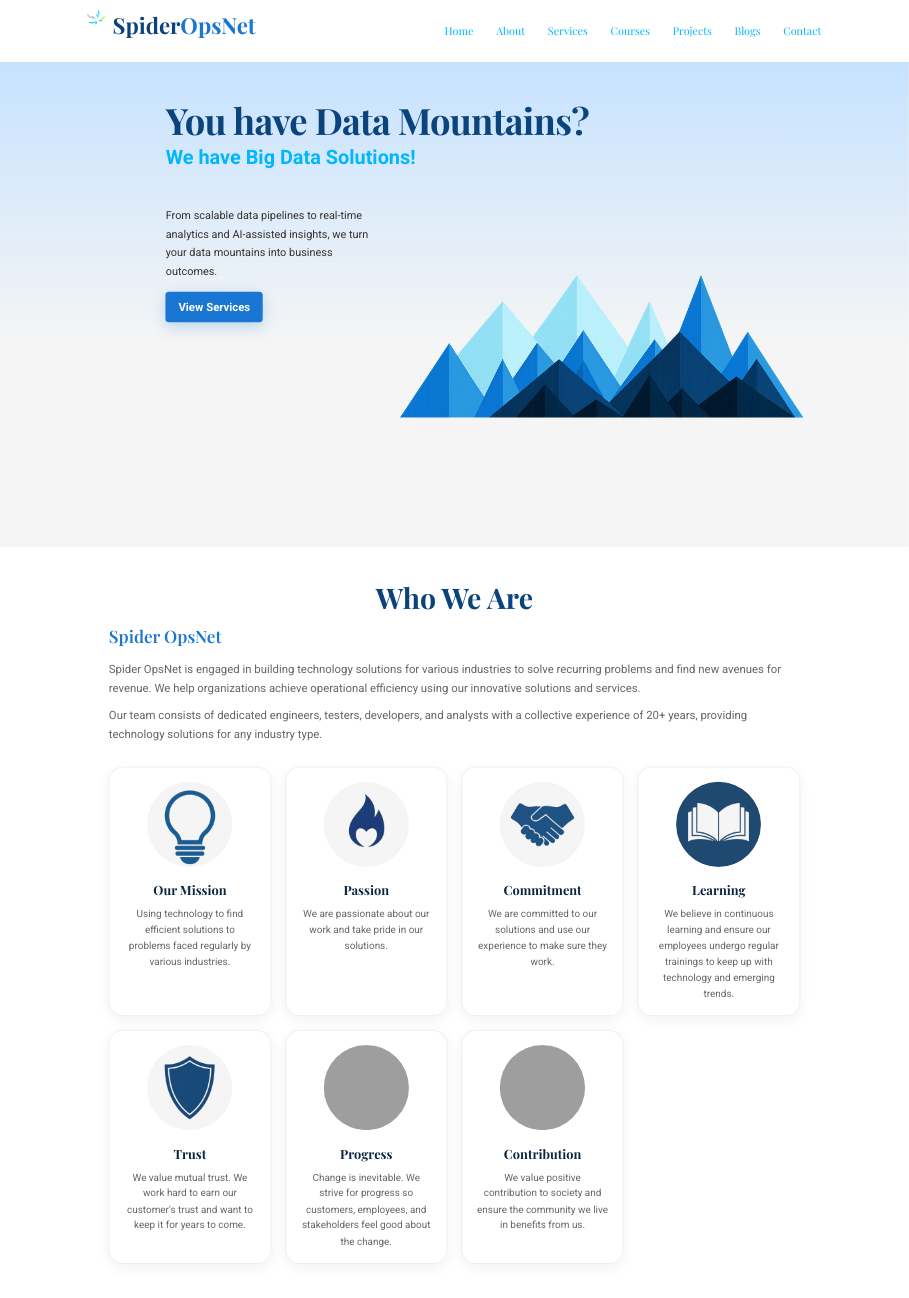
Repository: Yeshwanth-189/spiderOpsNet
Page: / (app in spideropsnet-frontend/)
These files come from the project's save history. The page is drawn as it stood at one moment and after the next save; the edit follows.
The browser window is 1280 px wide. The pictures show the whole page, at 71% of full size.
Pictures or frames that could not be fetched are drawn as grey boxes. The project was rebuilt for these pictures with package versions that can differ from the ones it lists, and the page was loaded fresh each time. Also part of the build but not shown: spideropsnet-frontend/vite.config.js.

Above is the page before, as saved 2025-09-04 16:54:45.

### spideropsnet-frontend/index.html
<!DOCTYPE html>
<html lang="en">
  <head>
    <meta charset="UTF-8" />
    <link rel="icon" type="image/svg+xml" href="/spideropsnet.svg" />
    <link
      href="https://fonts.googleapis.com/css2?family=Playfair+Display:wght@400;600;700&family=Roboto:wght@400;500;700&display=swap"
      rel="stylesheet"
    />
    <meta name="viewport" content="width=device-width, initial-scale=1.0" />
    <title>SpiderOpsNet</title>
  </head>
  <body>
    <div id="root"></div>
    <script type="module" src="/src/main.jsx"></script>
  </body>
</html>

### spideropsnet-frontend/src/App.jsx
import "./App.css";
import SpiderOpsNet from "./components/SpiderOpsNet";
import { BrowserRouter as Router, Routes, Route } from "react-router-dom";

function App() {
  return (
    <>
      <Router>
        <Routes>
          <Route path="/" element={<SpiderOpsNet />} />
          {/* <Route path="/overview" element={<Overview />} />
          <Route path="/profession" element={<Profession />} />
          <Route path="/projects" element={<Project />} />
          <Route path="/education" element={<Education />} />
          <Route path="/skills" element={<Skills />} />
          <Route path="/achievements" element={<Awards />} /> */}
        </Routes>
      </Router>
    </>
  );
}

export default App;

### spideropsnet-frontend/src/App.css
:root {
  /* Brand Colors */
  --color-primary: #0b437c; /* Dark Navy Blue */
  --color-secondary: #00b6fd; /* Professional Light Blue */

  /* Backgrounds */
  --color-bg: #ffffff;
  --color-bg-light: #f5f5f5;

  /* Neutral Grays */
  --color-gray-dark: #333333;
  --color-gray-mid: #666666;
  --color-gray-light: #f5f5f5;

  /* Status Colors */
  --color-success: #2e7d32;
  --color-warning: #ed6c02;
  --color-error: #d32f2f;

  /* Typography */
  --font-heading: "Playfair Display", serif;
  --font-body: "Roboto", sans-serif;

  /* Font Sizes (scalable for responsive design) */
  --text-h1: 2.5rem;
  --text-h2: 2rem;
  --text-h3: 1.5rem;
  --text-body: 1rem;
  --text-small: 0.875rem;

  /* Spacing (consistent padding/margin system) */
  --space-xs: 4px;
  --space-sm: 8px;
  --space-md: 16px;
  --space-lg: 24px;
  --space-xl: 32px;

  /* Border Radius */
  --radius-sm: 4px;
  --radius-md: 8px;
  --radius-lg: 16px;

  /* Shadows */
  --shadow-sm: 0 1px 2px rgba(0, 0, 0, 0.05);
  --shadow-md: 0 4px 6px rgba(0, 0, 0, 0.1);
  --shadow-lg: 0 10px 15px rgba(0, 0, 0, 0.15);
}

html,
body {
  margin: 0;
  padding: 0;
}
* {
  box-sizing: border-box;
}
/* Base Typography */
body {
  font-family: var(--font-body);
  font-size: var(--text-body);
  color: var(--color-gray-dark);
  background-color: var(--color-bg);
  margin: 0;
  padding: 0;
}

h1,
h2,
h3,
h4,
h5,
h6 {
  font-family: var(--font-heading);
  color: var(--color-primary);
  margin: 0 0 var(--space-md);
}

p {
  margin: 0 0 var(--space-md);
  color: var(--color-gray-mid);
}

### spideropsnet-frontend/src/components/SpiderOpsNet.jsx
import React from "react";
import Hero from "../components/Hero";
import NavBar from "../components/NavBar";
import About from "../components/About";
// import Experience from "../components/Experience";
// import Communications from "../components/Communications";
import "../styles/SpiderOpsNet.css";

function SpiderOpsNet() {
  return (
    <>
      <NavBar />
      <Hero />
      <About />
      {/* <Experience />
      <Communications /> */}
    </>
  );
}

export default SpiderOpsNet;

### spideropsnet-frontend/src/components/Hero.jsx
import React from "react";
import "../styles//Hero.css";
import DataMountains from "../assets/DataMountains.png";
// eslint-disable-next-line no-unused-vars
import { motion, useReducedMotion } from "framer-motion";

export default function Hero({
  title = "You have Data Mountains?",
  subtitle = "We have Big Data Solutions!",
  paragraph = "From scalable data pipelines to real-time analytics and AI-assisted insights, we turn your data mountains into business outcomes.",
  ctaText = "View Services",
  onCtaClick = () => {},
  imageAlt = "Abstract mountain range representing big data layers",
}) {
  const prefersReducedMotion = useReducedMotion();

  const initial = prefersReducedMotion ? { opacity: 0 } : { opacity: 0, y: 40 };
  const animate = prefersReducedMotion ? { opacity: 1 } : { opacity: 1, y: 0 };
  const transition = prefersReducedMotion
    ? { duration: 0.6, ease: "easeOut" }
    : { duration: 0.9, ease: "easeOut" };
  return (
    <motion.section
      className="hero"
      aria-label="Data Solutions Hero"
      initial={initial}
      animate={animate}
      transition={transition}
    >
      <header className="hero__header">
        <h1 className="hero__title">{title}</h1>
        <h1 className="hero__subtitle">{subtitle}</h1>
      </header>

      <div className="hero__left">
        <p className="hero__paragraph">{paragraph}</p>
        <button className="hero__cta" onClick={onCtaClick} aria-label={ctaText}>
          {ctaText}
        </button>
      </div>

      <figure className="hero__right">
        <img
          className="hero__image"
          src={DataMountains}
          alt={imageAlt}
          loading="eager"
        />
      </figure>
    </motion.section>
  );
}

### spideropsnet-frontend/src/components/NavBar.jsx
import React, { useState } from "react";
import { Link } from "react-router-dom";
import "../styles/NavBar.css";
import SpiderOpsNet from "../assets/SpiderOpsNet.png";

function Navbar() {
  const [isOpen, setIsOpen] = useState(false);

  return (
    <nav className="navbar">
      <div className="navbar-grid">
        <div className="col-1" />

        <div className="col-2to11 navbar-content">
          <div className="navbar-logo">
            <img
              alt="logo"
              className="navbar-logo-image"
              src={SpiderOpsNet}
            ></img>
            <h2>
              <span className="primary"></span>Spider
              <span className="secondary">OpsNet</span>
            </h2>
            <div className="hamburger" onClick={() => setIsOpen(!isOpen)}>
              <span className={isOpen ? "bar rotate-top" : "bar"}></span>
              <span className={isOpen ? "bar fade" : "bar"}></span>
              <span className={isOpen ? "bar rotate-bottom" : "bar"}></span>
            </div>
          </div>

          {/* Links */}
          <div className={`navbar-links ${isOpen ? "open" : ""}`}>
            <Link to="/Home" onClick={() => setIsOpen(false)}>
              Home
            </Link>
            <Link to="/About" onClick={() => setIsOpen(false)}>
              About
            </Link>
            <Link to="/Services" onClick={() => setIsOpen(false)}>
              Services
            </Link>
            <Link to="/Courses" onClick={() => setIsOpen(false)}>
              Courses
            </Link>
            <Link to="/Projects" onClick={() => setIsOpen(false)}>
              Projects
            </Link>
            <Link to="/Blogs" onClick={() => setIsOpen(false)}>
              Blogs
            </Link>
            <Link to="/Contact" onClick={() => setIsOpen(false)}>
              Contact
            </Link>
          </div>
        </div>

        <div className="col-12" />
      </div>
    </nav>
  );
}

export default Navbar;

### spideropsnet-frontend/src/components/About.jsx
import React from "react";
// eslint-disable-next-line no-unused-vars
import { motion } from "framer-motion";
import "../styles/About.css";
import Mission from "../assets/mission.png";
import Passion from "../assets/passion.png";
import Commitment from "../assets/commitment.png";
import Learning from "../assets/learning.png";
import Trust from "../assets/trust.png";
import Progress from "../assets/progress.png";
import Contribution from "../assets/contribution.png";

const aboutItems = [
  {
    title: "Our Mission",
    img: Mission,
    text: "Using technology to find efficient solutions to problems faced regularly by various industries.",
  },
  {
    title: "Passion",
    img: Passion,
    text: "We are passionate about our work and take pride in our solutions.",
  },
  {
    title: "Commitment",
    img: Commitment,
    text: "We are committed to our solutions and use our experience to make sure they work.",
  },
  {
    title: "Learning",
    img: Learning,
    text: "We believe in continuous learning and ensure our employees undergo regular trainings to keep up with technology and emerging trends.",
  },
  {
    title: "Trust",
    img: Trust,
    text: "We value mutual trust. We work hard to earn our customer's trust and want to keep it for years to come.",
  },
  {
    title: "Progress",
    img: "https://picsum.photos/seed/progress/160/160",
    text: "Change is inevitable. We strive for progress so customers, employees, and stakeholders feel good about the change.",
  },
  {
    title: "Contribution",
    img: "https://picsum.photos/seed/contribution/160/160",
    text: "We value positive contribution to society and ensure the community we live in benefits from us.",
  },
];

// Variants for parent container and children
const containerVariants = {
  hidden: { opacity: 0, y: 60 },
  show: {
    opacity: 1,
    y: 0,
    transition: {
      duration: 0.7,
      ease: "easeOut",
      staggerChildren: 0.15, // cards animate one after another
    },
  },
};

const childVariants = {
  hidden: { opacity: 0, y: 40 },
  show: { opacity: 1, y: 0, transition: { duration: 0.6, ease: "easeOut" } },
};

export default function AboutUs() {
  return (
    <section className="about-wrap">
      <div className="about-grid">
        <div className="gutter-left" aria-hidden="true" />

        {/* Animate the whole content */}
        <motion.div
          className="about-content"
          variants={containerVariants}
          initial="hidden"
          whileInView="show"
          viewport={{ once: true, amount: 0.2 }}
        >
          {/* Intro */}
          <motion.header className="about-intro" variants={childVariants}>
            <h1 className="about-title">Who We Are</h1>
            <h2 className="about-subtitle">Spider OpsNet</h2>
            <p className="about-paragraph">
              Spider OpsNet is engaged in building technology solutions for
              various industries to solve recurring problems and find new
              avenues for revenue. We help organizations achieve operational
              efficiency using our innovative solutions and services.
            </p>
            <p className="about-paragraph">
              Our team consists of dedicated engineers, testers, developers, and
              analysts with a collective experience of 20+ years, providing
              technology solutions for any industry type.
            </p>
          </motion.header>

          {/* Cards */}
          <motion.div className="cards-grid" variants={containerVariants}>
            {aboutItems.map((item) => (
              <motion.article
                className="card"
                key={item.title}
                variants={childVariants}
              >
                <div className="card-img-wrap">
                  <img src={item.img} alt={item.title} />
                </div>
                <h3 className="card-title">{item.title}</h3>
                <p className="card-text">{item.text}</p>
              </motion.article>
            ))}
          </motion.div>
        </motion.div>

        <div className="gutter-right" aria-hidden="true" />
      </div>
    </section>
  );
}

### spideropsnet-frontend/src/styles/Hero.css
:root {
  --brand-primary: var(--color-primary, #0a2540); /* Dark Navy */
  --brand-accent: var(--color-accent, #1976d2); /* Light Blue */
  --surface: var(--color-surface, #ffffff);
  --text: var(--color-text, #333333);
  --muted: var(--color-muted, #666666);
  --elev: 24px;
}

/* Grid shell: 12 columns desktop, 4 columns mobile */
.hero {
  --gutter: clamp(12px, 2vw, 24px);
  display: grid;
  grid-template-columns:
    [line1] 1fr /* empty gutter */
    [line2] repeat(10, minmax(0, 1fr)) /* content */
    [line12] 1fr /* empty gutter */
    [line13];
  gap: var(--gutter);
  padding: clamp(32px, 6vw, 80px) var(--gutter);
  background: linear-gradient(180deg, rgb(195, 225, 255), transparent 60%),
    var(--surface);
  color: var(--text);
  margin-top: 5%;
}

.hero__header {
  grid-column: 3 / 12;
}

.hero__title {
  margin: 0 0 8px 0;
  font-size: clamp(28px, 4vw, 56px);
  line-height: 1.1;
  letter-spacing: -0.02em;
  color: var(--brand-primary);
  font-family: "Playfair Display", ui-serif, Georgia, serif;
}

.hero__subtitle {
  margin: 0 0 clamp(16px, 2.5vw, 28px) 0;
  font-size: clamp(18px, 2.2vw, 28px);
  line-height: 1.2;
  color: var(--color-secondary);
  font-family: Roboto, system-ui, -apple-system, Segoe UI, "Helvetica Neue",
    Arial, sans-serif;
}

.hero__left {
  grid-column: 3 / 6;
  align-self: start;
}

.hero__paragraph {
  margin: 0 0 16px 0;
  font-size: clamp(14px, 1.2vw, 18px);
  line-height: 1.7;
  color: var(--color-gray-dark);
}

.hero__cta {
  appearance: none;
  border: none;
  cursor: pointer;
  padding: 12px 18px;
  border-radius: 5px;
  background: var(--brand-accent);
  color: #fff;
  font-weight: 600;
  font-size: 16px;
  box-shadow: 0 6px 20px rgba(25, 118, 210, 0.25);
  transition: transform 120ms ease, box-shadow 120ms ease, filter 120ms ease;
}

.hero__cta:hover {
  transform: translateY(-1px);
  box-shadow: 0 10px 28px rgba(25, 118, 210, 0.35);
}

.hero__cta:active {
  transform: translateY(0);
  filter: brightness(0.96);
}

/* Right block: lines 6 → 12 (i.e., cols 6–11 inclusive) */
.hero__right {
  grid-column: 6 / 12;
  margin: 0;
}

.hero__image {
  width: 100%;
  height: auto;
  display: block;
}

/* Responsive: switch to 4-column grid on mobile */
@media (max-width: 767.98px) {
  .hero {
    grid-template-columns:
      [m1] 1fr /* empty */
      [m2] repeat(2, minmax(0, 1fr)) /* content */
      [m4] 1fr /* empty */
      [m5];
  }

  .hero__header,
  .hero__left,
  .hero__right {
    grid-column: 2 / 4; /* span the two content columns */
  }

  .hero__right {
    order: 3;
  }
  .hero__left {
    order: 2;
  }
  .hero__header {
    order: 1;
  }
}

/* Prefers-reduced-motion respect */
@media (prefers-reduced-motion: reduce) {
  .hero__cta {
    transition: none;
  }
}

### spideropsnet-frontend/src/styles/NavBar.css
.navbar {
  position: fixed;
  width: 100%;
  background-color: var(--color-bg);
  z-index: 999;
  padding: 12px 0;
}

.navbar-grid {
  display: grid;
  grid-template-columns: repeat(12, 1fr);
  align-items: center;
  max-width: 1400px;
  margin: 0 auto;
  padding: 0 20px;
}

.col-1 {
  grid-column: 1 / 2;
}

.col-2to11 {
  grid-column: 2 / 12;
  display: flex;
  justify-content: space-between;
  align-items: center;
}

.col-12 {
  display: none;
}

/* Left: Logo */
.navbar-logo {
  font-family: "Playfair Display", serif;
  font-size: 1.3rem;
  color: var(--color-primary);
  display: flex;
  justify-content: flex-start;
  align-items: flex-start;
  gap: 10px;
  width: 100%;
}

.navbar-logo-image {
  width: 5%;
}

.primary {
  color: #0a2540;
}

.secondary {
  color: #1976d2;
}

/* Right: Links */
.navbar-links {
  display: flex;
  gap: 32px;
  font-family: "Playfair Display", serif;
  font-size: 0.95rem;
}

.navbar-links a {
  color: var(--color-secondary);
  text-decoration: none;
  transition: color 0.3s ease;
  position: relative;
}

.navbar-links a:hover {
  color: --color-primary;
}

.navbar-links a::after {
  content: "";
  display: block;
  height: 2px;
  width: 0;
  background-color: var(--color-secondary);
  transition: width 0.3s ease;
  position: absolute;
  bottom: -4px;
  left: 0;
}

.navbar-links a:hover::after {
  width: 100%;
}
.hamburger {
  display: none;
  flex-direction: column;
  justify-content: center;
  align-items: flex-end;
  gap: 5px;
  margin-left: auto;
  cursor: pointer;
  z-index: 1000;
}

.bar {
  width: 22px;
  height: 3px;
  background-color: var(--color-primary);
  transition: all 0.3s ease;
}

.rotate-top {
  transform: rotate(45deg) translateY(8px);
}

.fade {
  opacity: 0;
}

.rotate-bottom {
  transform: rotate(-45deg) translateY(-8px);
}

/* Responsive */
@media screen and (max-width: 768px) {
  .navbar-grid {
    grid-template-columns: 1fr;
  }

  .col-2to11 {
    flex-direction: column;
    gap: 14px;
    grid-column: span 12;
  }

  .navbar-logo {
    font-size: 1.1rem;
  }

  .navbar-logo-image {
    width: 10%;
  }

  .navbar-links {
    flex-direction: column;
    gap: 12px;
  }
  @media screen and (max-width: 768px) {
    .hamburger {
      margin-top: 5%;
      display: flex;
    }
    .navbar {
      top: 0;
      border-bottom: 1px solid #0a2540;
    }

    .navbar-links {
      display: none;
      flex-direction: column;
      gap: 16px;
      margin-top: 1rem;
      width: 100%;
    }

    .navbar-links.open {
      display: flex;
      animation: fadeIn 0.3s ease-in-out;
    }
  }

  @keyframes fadeIn {
    from {
      opacity: 0;
      transform: translateY(-10px);
    }
    to {
      opacity: 1;
      transform: translateY(0);
    }
  }
}

### spideropsnet-frontend/src/styles/About.css
/* Optional: inherit brand tokens if you already have variables.css */
:root {
  --brand-navy: #0a2540; /* Primary */
  --brand-blue: #1976d2; /* Secondary */
  --bg: #ffffff;
  --text-dark: #333333;
  --text-mid: #666666;
  --surface: #f5f5f5;
}

/* Layout wrapper */
.about-wrap {
  background: var(--bg);
  color: var(--text-dark);
  width: 100%;
}

/* 12-column grid with hidden 1st & 12th columns */
.about-grid {
  display: grid;
  grid-template-columns: repeat(12, minmax(0, 1fr));
  gap: 0; /* outer grid has no gap; inner content controls spacing */
  max-width: 1200px;
  margin: 0 auto;
  padding: 48px 16px;
}

.gutter-left,
.gutter-right {
  display: none; /* explicitly hidden */
}

/* Content spans columns 2–11 */
.about-content {
  grid-column: 2 / 12;
}

/* Intro block */
.about-intro {
  margin-bottom: 32px;
}

.about-title {
  font-family: "Playfair Display", Georgia, serif;
  font-weight: 700;
  font-size: clamp(28px, 4vw, 40px);
  color: var(--color-primary);
  margin: 0 0 8px 0;
  line-height: 1.2;
  text-align: center;
  width: 100%;
  margin: 0 auto 12px auto;
}

.about-subtitle {
  font-family: "Playfair Display", Georgia, serif;
  font-weight: 600;
  font-size: clamp(18px, 2.5vw, 24px);
  color: var(--brand-blue);
  margin: 0 0 16px 0;
}

.about-paragraph {
  font-family: "Roboto", system-ui, -apple-system, Segoe UI, Arial, sans-serif;
  font-size: 16px;
  line-height: 1.65;
  color: var(--text-mid);
  margin: 0 0 12px 0;
}

/* Cards grid: makes 4 on top, 3 on bottom naturally with 7 items */
.cards-grid {
  display: grid;
  grid-template-columns: repeat(4, minmax(0, 1fr));
  gap: 20px;
}

/* Card */
.card {
  background: #fff;
  border: 1px solid rgba(10, 37, 64, 0.08);
  border-radius: 20px;
  padding: 20px;
  box-shadow: 0 6px 18px rgba(10, 37, 64, 0.06);
  display: flex;
  flex-direction: column;
  align-items: center;
  text-align: center;

  /* subtle hover */
  transition: transform 240ms ease, box-shadow 240ms ease,
    border-color 240ms ease;
}

.card:hover {
  transform: translateY(-4px);
  box-shadow: 0 10px 24px rgba(10, 37, 64, 0.1);
  border-color: rgba(25, 118, 210, 0.25);
}

.card-img-wrap {
  width: 120px;
  height: 120px;
  border-radius: 50%;
  background: var(--surface);
  display: grid;
  place-items: center;
  margin-bottom: 14px;
  overflow: hidden;
}

.card-img-wrap img {
  width: 100%;
  height: 100%;
  object-fit: cover;
}

.card-title {
  font-family: "Playfair Display", Georgia, serif;
  font-size: 18px;
  font-weight: 700;
  color: var(--brand-navy);
  margin: 6px 0 8px 0;
}

.card-text {
  font-family: "Roboto", system-ui, -apple-system, Segoe UI, Arial, sans-serif;
  font-size: 14px;
  color: var(--text-mid);
  line-height: 1.6;
  margin: 0;
}

/* Load-in animation */
.fade-up {
  opacity: 0;
  transform: translateY(16px);
  animation: fadeUp 600ms ease-out forwards;
}

@keyframes fadeUp {
  to {
    opacity: 1;
    transform: translateY(0);
  }
}

/* Responsive tweaks */
@media (max-width: 1024px) {
  .cards-grid {
    grid-template-columns: repeat(3, minmax(0, 1fr));
  }
}

@media (max-width: 768px) {
  .about-grid {
    padding: 32px 14px;
  }
  .cards-grid {
    grid-template-columns: repeat(2, minmax(0, 1fr));
  }
}

@media (max-width: 480px) {
  .cards-grid {
    grid-template-columns: 1fr;
  }
}

Loaded but not shown: spideropsnet-frontend/src/main.jsx (common file); spideropsnet-frontend/src/index.css (common file); spideropsnet-frontend/src/styles/SpiderOpsNet.css (no stored copy; drawn as an empty file)

After the next save:
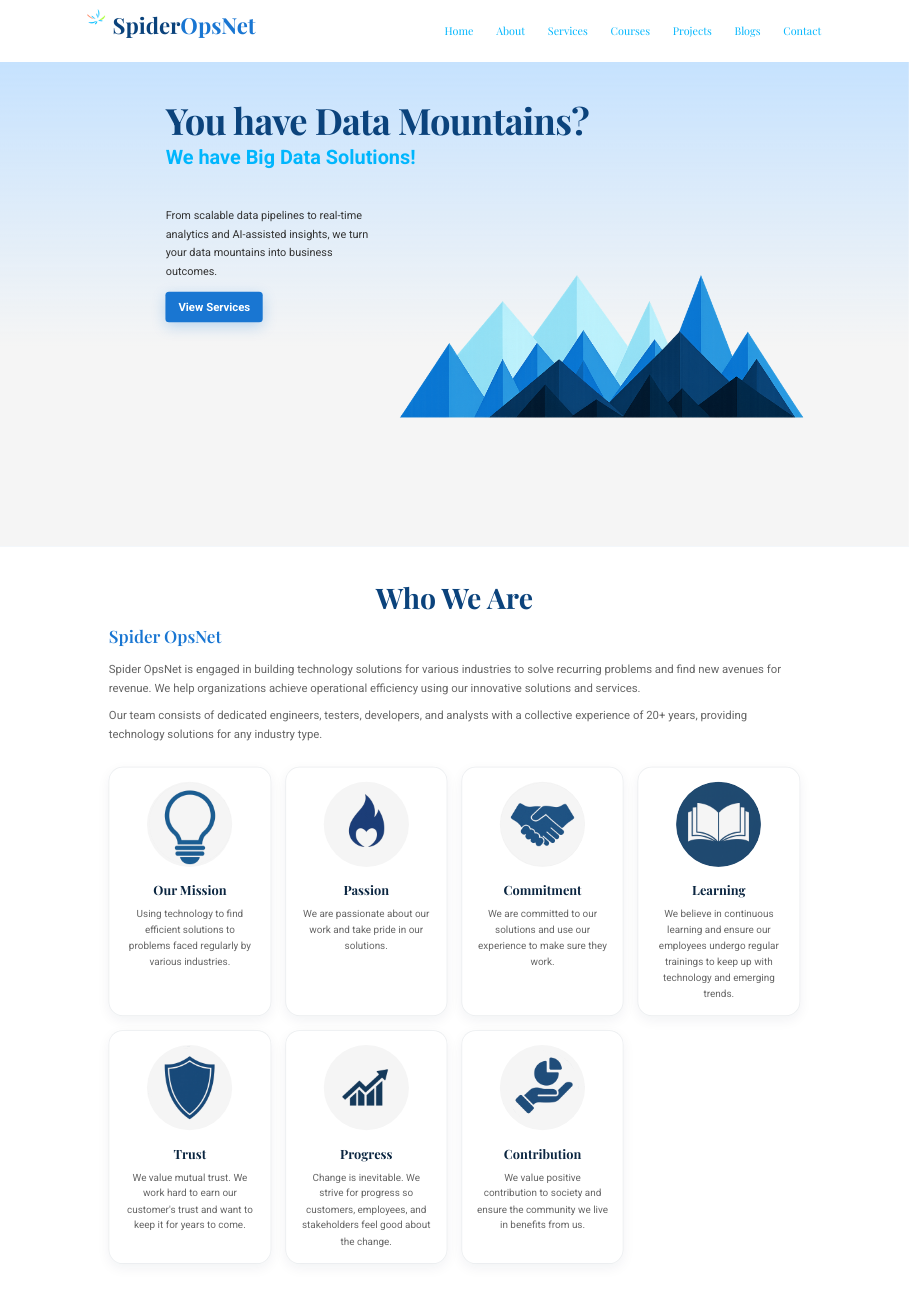
Saved 12 s later.
--- a/spideropsnet-frontend/src/components/About.jsx
+++ b/spideropsnet-frontend/src/components/About.jsx
@@ -38,12 +38,12 @@ const aboutItems = [
   },
   {
     title: "Progress",
-    img: "https://picsum.photos/seed/progress/160/160",
+    img: Progress,
     text: "Change is inevitable. We strive for progress so customers, employees, and stakeholders feel good about the change.",
   },
   {
     title: "Contribution",
-    img: "https://picsum.photos/seed/contribution/160/160",
+    img: Contribution,
     text: "We value positive contribution to society and ensure the community we live in benefits from us.",
   },
 ];
